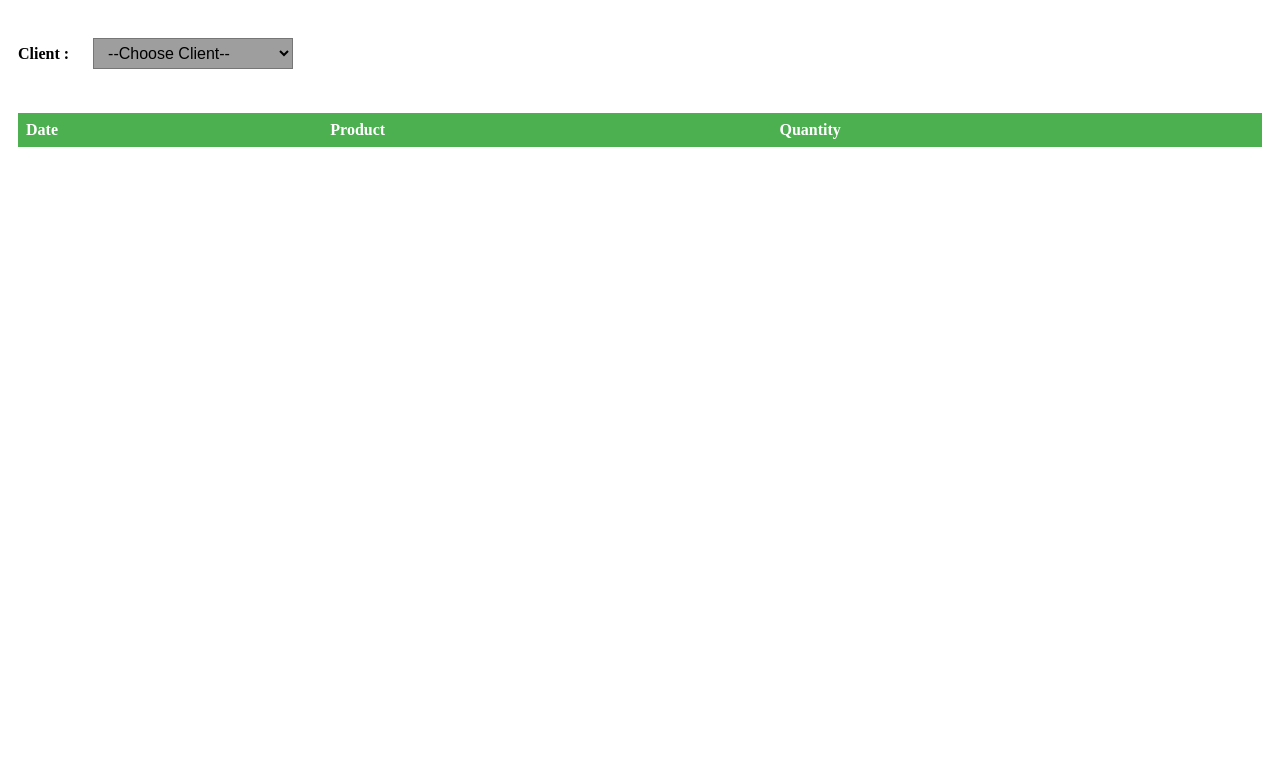
Repository: erjaimin/coding-ground
Page: http://localhost/SalesWebApp/stats.jsp
The author's editor kept a copy of each file at every save. The page is drawn from the files as they stood at one save, then again after the next save.
The browser window is 1280 px wide. The pictures show the whole page.
Pictures or frames that could not be fetched are drawn as grey boxes. Some web libraries are served in a nearby version. The page is served by Tomcat 9. Queries for data that is not in the repository find no rows.

Above is the page before, as saved 2017-11-28 18:48:21.

### SalesWebApp/WebContent/stats.jsp
<!DOCTYPE html>
<%@ page language="java" contentType="text/html; charset=UTF-8"
    pageEncoding="UTF-8"%>
<%@ page import="java.sql.*"%>
<%@ page import="java.util.Map"%>
<%@ page import="java.util.HashMap"%>
<%@ page import="java.util.LinkedHashMap"%>
<%@ taglib prefix="c" uri="http://java.sun.com/jsp/jstl/core" %>
<%! String query1 = "SELECT CUSTOMER.CUSTOMER_ID, CUSTOMER.CUSTOMER_NAME "+
	    "FROM CUSTOMER INNER JOIN SALES_ORDER ON SALES_ORDER.CUSTOMER_ID = CUSTOMER.CUSTOMER_ID "+
	    "GROUP BY CUSTOMER.CUSTOMER_ID, CUSTOMER.CUSTOMER_NAME";
	String query2 = "SELECT SUM(SALES_ORDER_LINE_ITEM.QUANTITY) AS Quantity, "+
	    "BOM.OUTPUT_DESCRIPTION AS Product, SALES_ORDER.BILLING_DATE FROM SALES_ORDER_LINE_ITEM "+
	    "INNER JOIN sales_order ON SALES_ORDER_LINE_ITEM.SALES_ORDER_ID = SALES_ORDER.SALES_ORDER_ID "+
	    "INNER JOIN CUSTOMER ON CUSTOMER.CUSTOMER_ID = SALES_ORDER.CUSTOMER_ID "+
	    "INNER JOIN BOM ON BOM.EFFECTIVE_DATE = SALES_ORDER.DELIVERY_DATE "+
	    "AND BOM.OUTPUT_PRODUCT_ID = SALES_ORDER_LINE_ITEM.PRODUCT_ID "+
	    "WHERE CUSTOMER.CUSTOMER_ID = ? GROUP BY "+
	    "BOM.OUTPUT_DESCRIPTION, SALES_ORDER.BILLING_DATE";
	String query3 ="SELECT SIM_DATE FROM CURRENT_SIM_DATE";
	/* String query3 ="SELECT SIM_DATE.SIM_DATE FROM CURRENT_SIM_DATE "+
	    "INNER JOIN SIM_DATE ON CURRENT_SIM_DATE.CUR_NB_DAYS >= SIM_DATE.NB_DAYS "+
	    "WHERE VDAY <= MAX_DAYS_PER_ROUND"; */
%>
<%
	ResultSet clients = null;
	ResultSet products = null;
	ResultSet dates = null;
	String server = "avenger.hec.ca\\erpsim";
    String database = "ERPSIM";
    String password = "ERPSIM";
	String path = null;
	Map<String, Map<String, Integer>> productDateMap = new HashMap<>();
	Map<String, Integer> dateMap = new LinkedHashMap<>();;
	try{
		/* Class.forName("com.microsoft.sqlserver.jdbc.SQLServerDriver");
        String connectionUrl = "jdbc:sqlserver://"+server+";databaseName="+database+";user=DAIRY1;password="+password+";";
        Connection connection = (Connection) DriverManager.getConnection(connectionUrl); */
        Class.forName("com.mysql.jdbc.Driver");
        String connectionUrl = "jdbc:mysql://localhost:3306/ERPSIM";
        Connection connection = (Connection) DriverManager.getConnection(connectionUrl, "root", "system");
		Statement st = connection.createStatement();
		clients = st.executeQuery(query1);
		String client = request.getParameter("client");
		if(client != "" && client != null && !client.equals("&")){
			Statement st2 = connection.createStatement(ResultSet.TYPE_SCROLL_INSENSITIVE, ResultSet.CONCUR_READ_ONLY);
			products = st2.executeQuery(query2.replace("?", client));
			Statement st3 = connection.createStatement();
			dates =  st3.executeQuery(query3);
			if(dates != null && products != null){
				while(dates.next()){
					dateMap.put(dates.getString(1), 0);
				}
				while(products.next()){
					int quantity = products.getInt(1);
					String product = products.getString(2);
					String date = products.getString(3);
					//System.out.println(product+";"+date+";"+quantity);
					Map<String, Integer> map = null;
					if(productDateMap.get(product) == null){
						productDateMap.put(product, new LinkedHashMap<>(dateMap));
						map = productDateMap.get(product);
						map.put(date, quantity);
					}else{
						map = productDateMap.get(product);
						if(map.get(date) != null){
							System.out.println(date +"=>"+map.get(date)+";"+quantity);
							map.put(date, map.get(date)+quantity);
						}
					}
					productDateMap.put(product, map);
				}
				products.beforeFirst();
			}
		}
	}catch(Exception e){
		System.out.println("Could not connect to database");
		e.printStackTrace();
	}
%>
<html>
<head>
	<meta http-equiv="Content-Type" content="text/html; charset=UTF-8">
	<title>Sales Statistics</title>
	<style type="text/css">
		.header{
			position: fixed;
		    width: 100%;
		    height: 75px;
		    background-color: white;
		    padding: 0px;
		    margin: 0;
		}
		body{
			padding: 10px;
		}
		.spacer{
			width: 100%;
   		    height: 95px;
		}
		#customerDropDown{
			  -webkit-appearance: button;
			  -webkit-padding-end: 20px;
			  -webkit-padding-start: 2px;
			  background-image: url(http://i62.tinypic.com/15xvbd5.png),
			    -webkit-linear-gradient(#fafafa, #f4f4f4 40%, #e5e5e5);
			  background-position: 97% center;
			  background-repeat: no-repeat;
			  font-size: medium;
			  margin: 20px;
			  overflow: hidden;
			  padding: 5px 10px;
			  text-overflow: ellipsis;
			  white-space: nowrap;
			  width: 200px;
		}
		.button {
		    border: none;
		    padding: 16px 32px;
		    text-align: center;
		    text-decoration: none;
		    display: inline-block;
		    font-size: 16px;
		    margin: 4px 2px;
		    -webkit-transition-duration: 0.4s; /* Safari */
		    transition-duration: 0.4s;
		    cursor: pointer;
		}
		.button1 {
		    background-color: white;
		    color: black;
		    border: 2px solid #e7e7e7;
		}
		.button1:hover {background-color: #e7e7e7;}
		.button2 {
		    background-color: white;
		    color: black;
		    border: 2px solid #555555;
		}
		.button2:hover {
		    background-color: #555555;
		    color: white;
		}
		table {
		    border-collapse: collapse;
		    width: 100%;
		}
		th, td {
		    text-align: left;
		    padding: 8px;
		}
		th {
		    background-color: #4CAF50;
		    color: white;
		}

		tr:nth-child(even) {background-color: #f2f2f2;}
	</style>
	<script type="text/javascript">
		function init(){
			if(localStorage.getItem('selectedIndex') > 0){
				document.getElementById("customerDropDown").options[localStorage.getItem('selectedIndex')].selected = true;
				document.getElementById('btnTable').style.display = "inline-block";
				document.getElementById('btnGraph').style.display = "inline-block";

				var ctx = document.getElementById('myChart').getContext('2d');
				var options = {
						scales: {
							xAxes: [ { ticks: { autoSkip: false }
								 } ]
							}
				};
				var donnees = {
					    labels: [
					    	<%int noOfDates = dateMap.size();
					    	  int counter1 = 0;
					    	  for(Map.Entry<String, Integer> date : dateMap.entrySet()){%>
					    	  	<%="'"+date.getKey()+"'"%>
					    	  	<%if(counter1 +1 < noOfDates){counter1++;%>
					    	  		,
					    	<%}}%>
					    ],
					    datasets: [
					    	<%int noOfProducts = productDateMap.size();
					    	  int counter2 = 0;
					    	  for(Map.Entry<String, Map<String,Integer>> product : productDateMap.entrySet()){%>
					    	  {
							      label: '<%=product.getKey()%>',
							      data:[
							    	  <% int counter3 = 0;
							    	  for(Map.Entry<String, Integer> date : product.getValue().entrySet()){
							    	  %>
							    	  <%=date.getValue()%>
							    	  <%if(counter3 +1 < noOfDates){counter3++;%>
							    	  ,
							    	  <%}}%>
							      ]}
					    	  	<%if(counter2 +1 < noOfProducts){counter2++;%>
					    	  		,
					    	<%}}%>
					    ]
					  };
				var myChart = new Chart(ctx, {
					  type: 'line',
					  data: donnees,
					  options: options
					});
			}else{
				document.getElementById('btnTable').style.display = "none";
				document.getElementById('btnGraph').style.display = "none";
			}
		}

		function fetchClientDetails(e){
			var selectedValue= e.options[e.selectedIndex].value;
			localStorage.setItem('selectedIndex',e.selectedIndex);
			if(e.selectedIndex > 0){
				window.location.replace("stats.jsp?client=" + selectedValue);
			}else{
				window.location.replace("stats.jsp?client=&");
			}
		}

		function tableView(){
			localStorage.removeItem('view');
		}

		function graphView(){
			alert('graph');
			localStorage.setItem('view','graph');
		}
	</script>
	<script src="https://cdnjs.cloudflare.com/ajax/libs/Chart.js/2.6.0/Chart.min.js"></script>
</head>
<body onload="init();">
	<div class="header">
		<label for="customerDropDown" style="font-size: medium; font-weight: bold;">Client : </label>
		<select id="customerDropDown" name="customerDropDown" onchange="fetchClientDetails(this);">
			<option value="&" selected>--Choose Client--</option>
			<%if(clients != null){
	            while(clients.next()){%>
					<option value="<%=clients.getString(1) %>"><%=clients.getString(2) %></option>
			<%}} %>
		</select>
		<input type="button" id="btnTable" value="Table" class="button button1" onclick="tableView();"/>
		<input type="button" id="btnGraph" value="Graph" class="button button2" onclick="graphView();"/>
	</div>
	<div class="spacer">
    	&nbsp;
	</div>
	<div class="table">
		<table>
			<tr>
				<th>Date</th>
				<th>Product</th>
				<th>Quantity</th>
			</tr>
			<%if(products != null){
	            while(products.next()){%>
			<tr>
				<td><%=products.getString(3) %></td>
				<td><%=products.getString(2) %></td>
				<td><%=products.getString(1) %></td>
			</tr>
			<%}}%>
		</table>
	</div>
	<div class="graph">
		<canvas id="myChart" width='800' height='600'></canvas>
	</div>
</body>
</html>

After the next save:
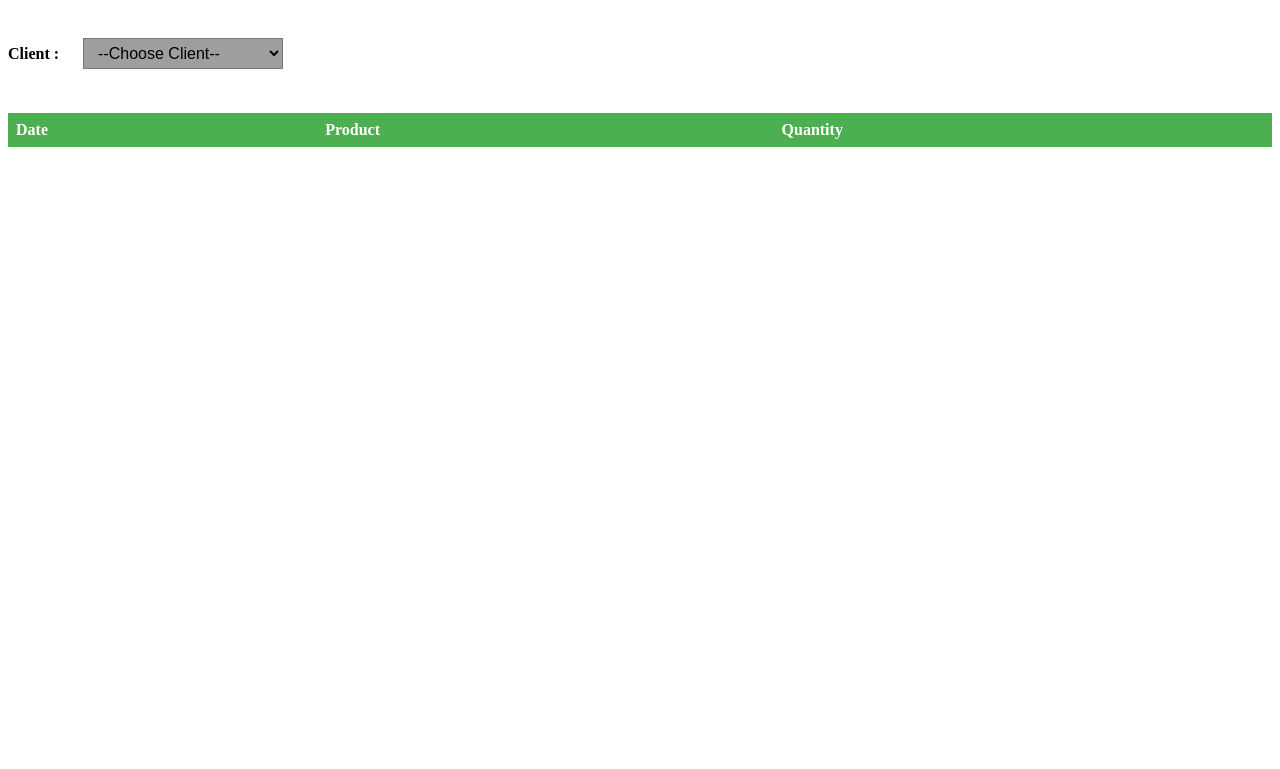
Saved 10 s later.
--- a/SalesWebApp/WebContent/stats.jsp
+++ b/SalesWebApp/WebContent/stats.jsp
@@ -92,7 +92,7 @@
 		    margin: 0;
 		}
 		body{
-			padding: 10px;
+			padding: 10px 0px;;
 		}
 		.spacer{
 			width: 100%;
